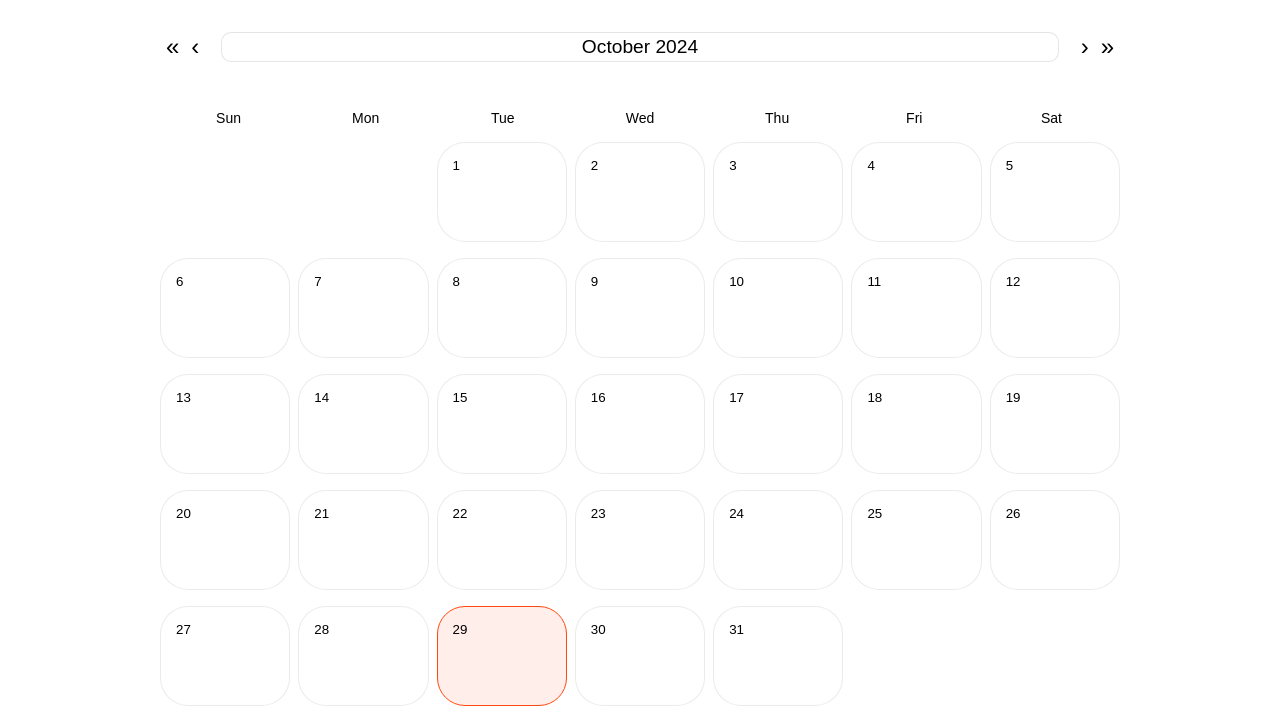
Repository: prgrms-fe-devcourse/NFE1-1-3-MOODI
Page: /
An editor plug-in stored every save of this project. The page is shown before and after a run of saves, followed by the edit.
The browser window is 1280 px wide. The pictures show the whole page.
The page's requests for data from a server got no answer. Some web fonts or font styles are not loaded; a fallback is used. The project was rebuilt for these pictures with package versions that can differ from the ones it lists, and the page was loaded fresh each time. No one was signed in, and anything a server would have sent is missing. Also part of the build but not shown: webpack.config.js.

Above is the page before, as saved 2024-10-29 14:52:02.

After the next 2 saves:
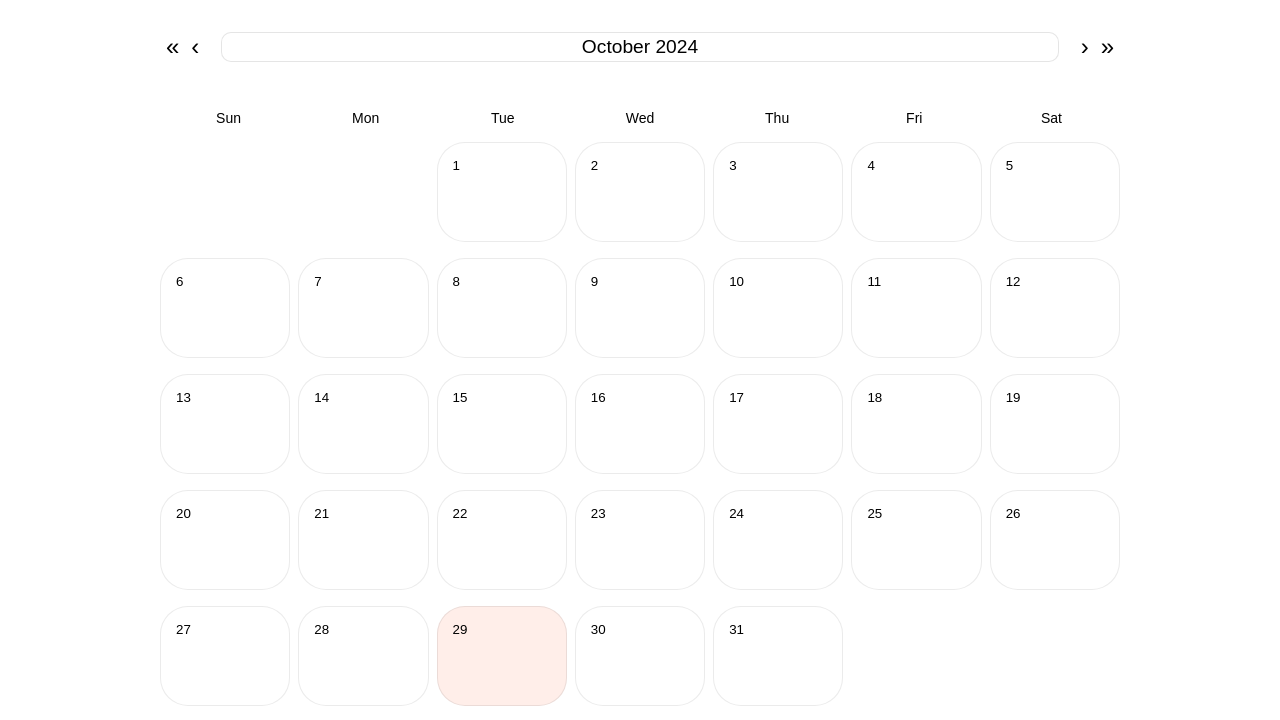
The 2 saves are shown as one change because they came seconds apart.
The last was saved 36 s later.
--- a/src/features/calendar/calendar-ui/calendarUiCss.ts
+++ b/src/features/calendar/calendar-ui/calendarUiCss.ts
@@ -118,13 +118,13 @@ export const StyledCalendar = styled(Calendar).attrs({
             visibility: hidden !important;
             pointer-events: none !important;
         }
+    }
 
-        // 현재날짜
-        .react-calendar__tile--now {
-            background-color: #ffeee9;
-            border: 1px solid #ff480e;
-            color: black;
-        }
+    // 현재날짜
+    .react-calendar__tile--now {
+        background-color: #ffeee9;
+        border: 1px solid #ff480e;
+        color: black;
     }
 
     //요일박스
